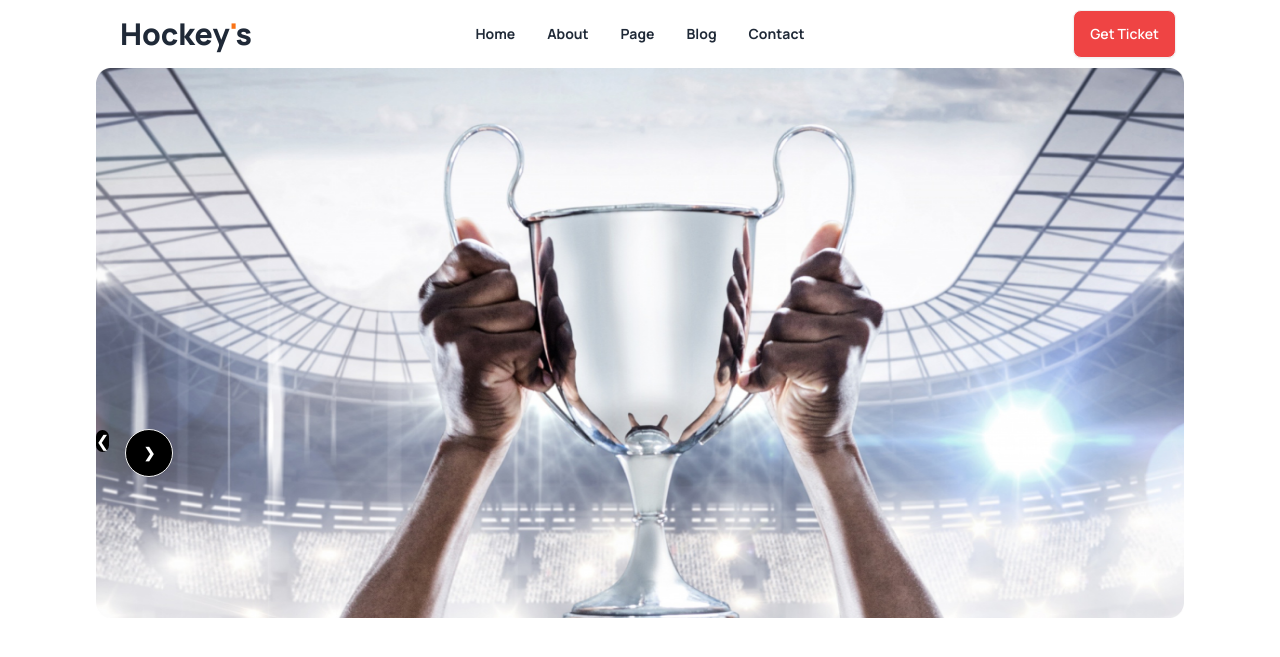
Repository: RudrasahaDibos/Hockey-
Page: index.html
These files come from the project's save history. The page is drawn as it stood at one moment and after a run of saves; the edit follows.
The browser window is 1280 px wide. The pictures show the whole page.
Some web libraries are served in a nearby version.

Above is the page before, as saved 2024-10-23 19:17:45.

After the next 2 saves:
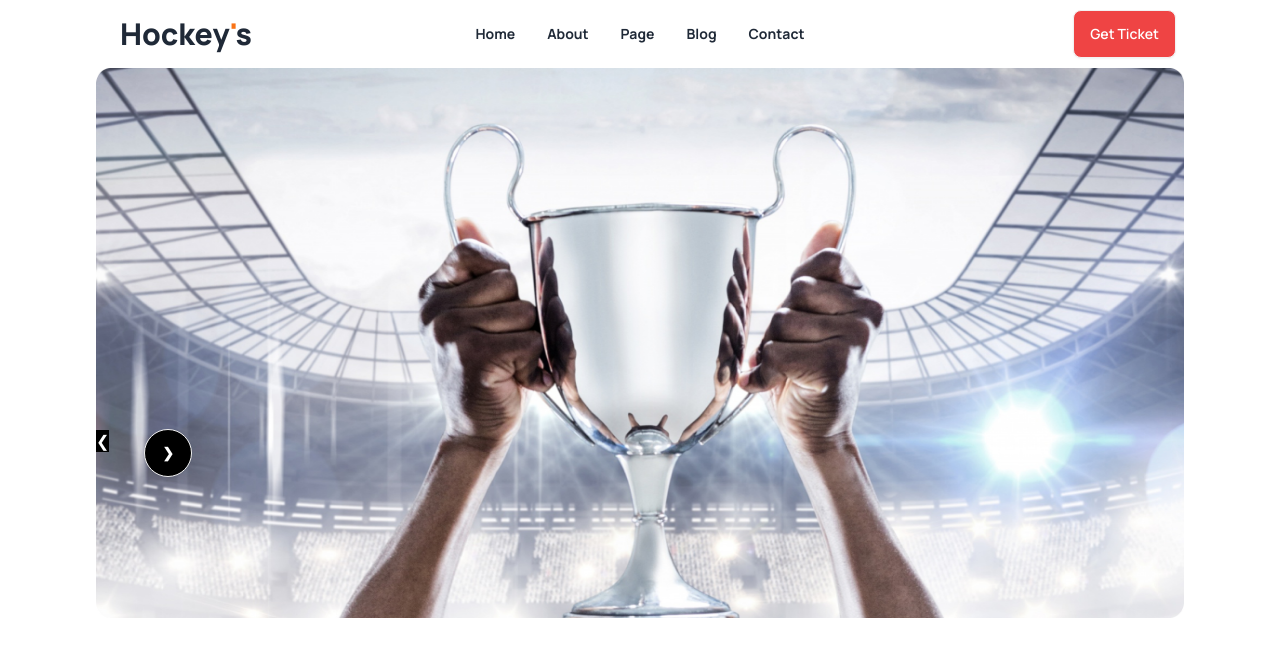
The 2 saves are shown as one change because they came seconds apart.
The last was saved 6 s later.
--- a/index.html
+++ b/index.html
@@ -96,8 +96,8 @@
                             src="Images/1.png"
                             class="w-full lg:h-[550px] " />
                           <div class="absolute lg:left-0 lg:right-0 lg:top-[60%] left-5 top-[60%] flex -translate-y-1/2 transform gap-4">
-                            <div class="">
-                              <a href="#slide4" class="lg:btn lg:btn-circle h-8 w-8 rounded-full bg-black text-white">❮</a>
+                            <div class=" h-8 w-8 rounded-full">
+                              <a href="#slide4" class="lg:btn lg:btn-circle bg-black text-white">❮</a>
                             </div>
                             <a href="#slide2" class="btn btn-circle bg-black text-white">❯</a>
                           </div>
